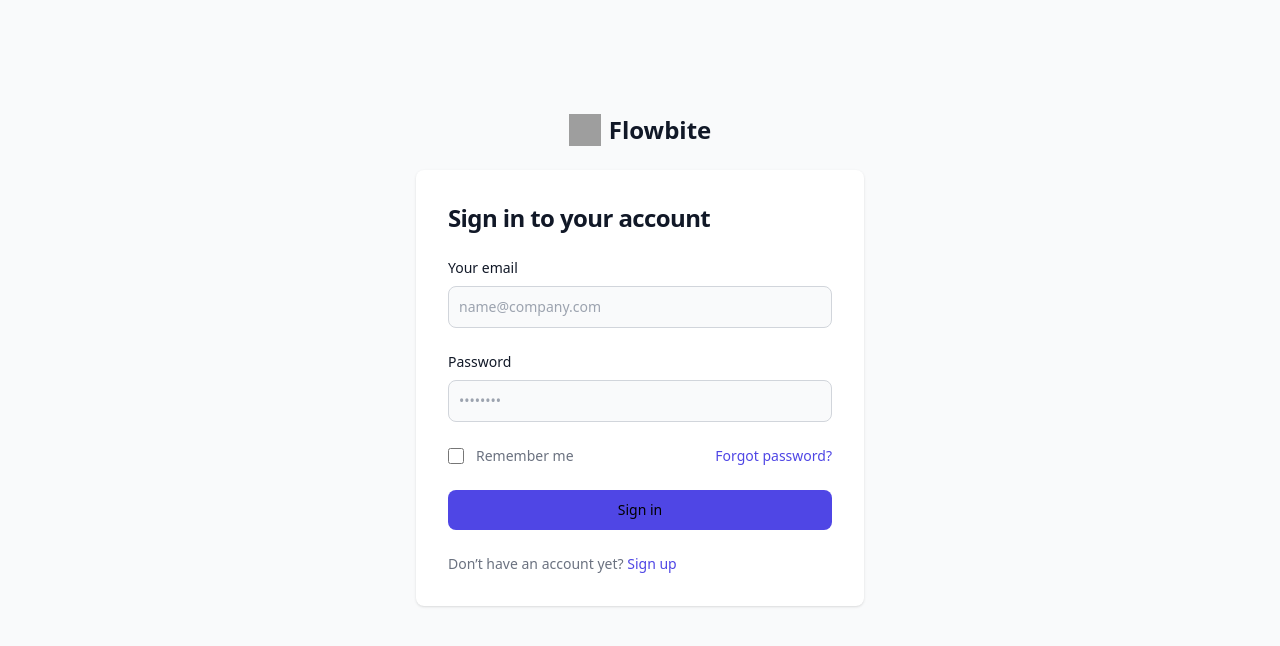
Repository: Narain-Singaram/Coreverse-SMP-Project
Page: http://localhost/account/login.php
These files come from the project's save history. The page is drawn as it stood at one moment and after the next save; the edit follows.
The browser window is 1280 px wide. The pictures show the whole page.
Pictures or frames that could not be fetched are drawn as grey boxes. Some web libraries are served in a nearby version. The page is run by PHP 8.4 with error messages shown; the project is at /var/www/html/.

Above is the page before, as saved 2022-11-05 23:19:45.

After the next save:
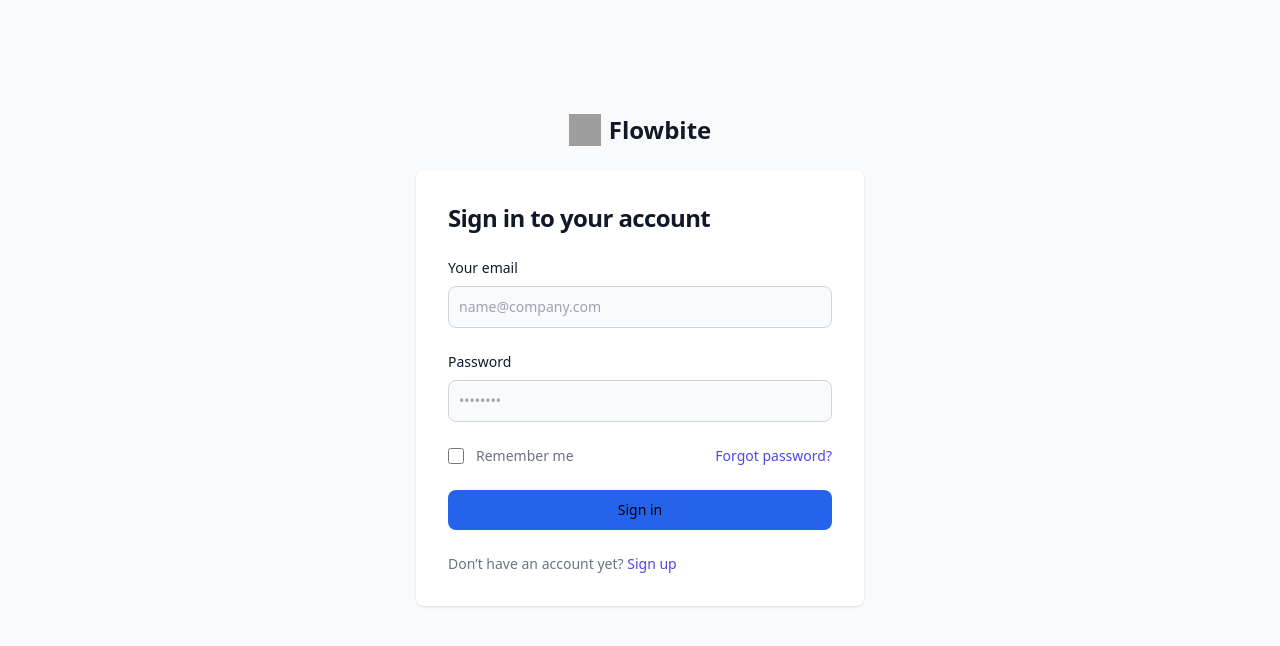
Saved 14 s later.
--- a/account/login.php
+++ b/account/login.php
@@ -29,7 +29,7 @@
                         </div>
                         <a href="#" class="text-sm font-medium text-indigo-600 hover:underline">Forgot password?</a>
                     </div>
-                    <button type="submit" class="w-full text-black bg-indigo-600 hover:bg-indigo-700 focus:ring-4 focus:outline-none focus:ring-indigo-300 font-medium rounded-lg text-sm px-5 py-2.5 text-center">Sign in</button>
+                    <button type="submit" class="w-full text-black bg-blue-600 hover:bg-indigo-700 focus:ring-4 focus:outline-none focus:ring-indigo-300 font-medium rounded-lg text-sm px-5 py-2.5 text-center">Sign in</button>
                     <p class="text-sm font-light text-gray-500">
                         Don’t have an account yet? <a href="#" class="font-medium text-indigo-600 hover:underline">Sign up</a>
                     </p>

After the 4 saves that followed:
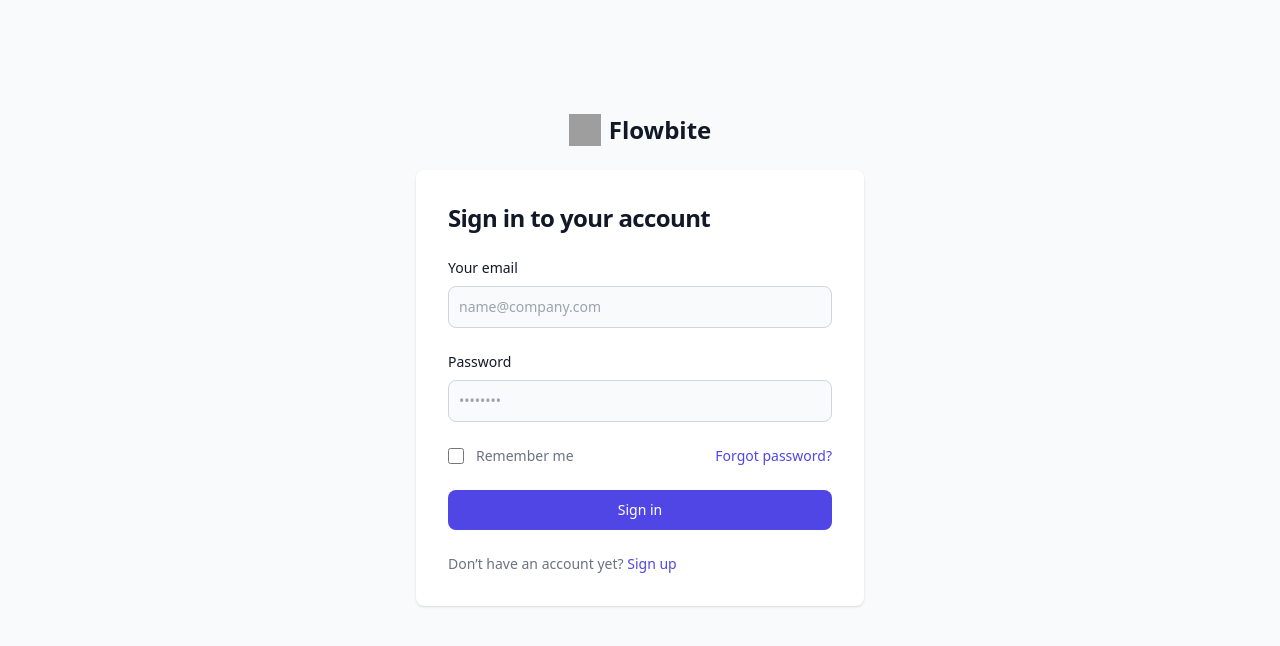
The 4 saves are shown as one change because 1 left the picture as it was and some came seconds apart.
The last was saved 45 s later.
--- a/account/login.php
+++ b/account/login.php
@@ -29,7 +29,7 @@
                         </div>
                         <a href="#" class="text-sm font-medium text-indigo-600 hover:underline">Forgot password?</a>
                     </div>
-                    <button type="submit" class="w-full text-black bg-blue-600 hover:bg-indigo-700 focus:ring-4 focus:outline-none focus:ring-indigo-300 font-medium rounded-lg text-sm px-5 py-2.5 text-center">Sign in</button>
+                    <button type="submit" class="w-full text-white bg-indigo-600 hover:bg-indigo-700 focus:ring-4 focus:outline-none focus:ring-indigo-300 font-medium rounded-lg text-sm px-5 py-2.5 text-center">Sign in</button>
                     <p class="text-sm font-light text-gray-500">
                         Don’t have an account yet? <a href="#" class="font-medium text-indigo-600 hover:underline">Sign up</a>
                     </p>
